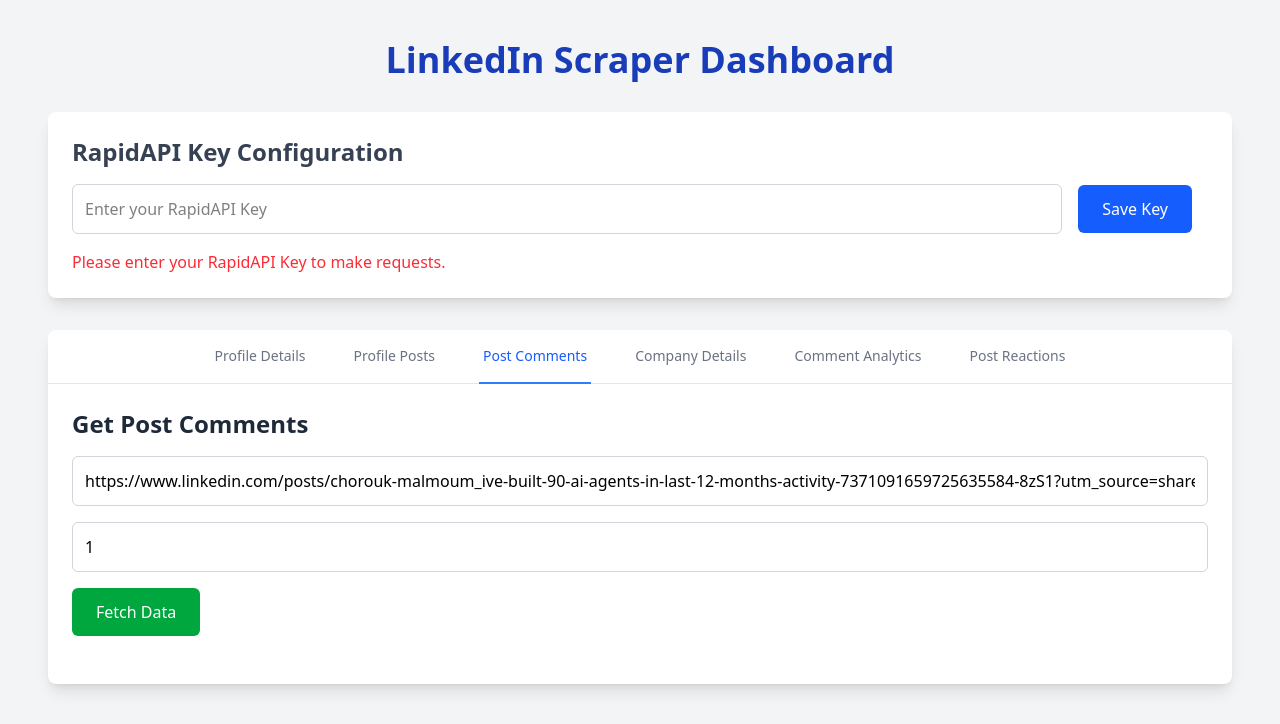
Repository: vigneshcj001/LinkedIn-Scraper-Dashboard
Page: /, after clicking the first element matching `nav.-mb-px > :nth-child(3)`
An editor plug-in stored every save of this project. The page is shown before and after the next save, followed by the edit.
The browser window is 1280 px wide. The pictures show the whole page.
The project was rebuilt for these pictures with package versions that can differ from the ones it lists, and the page was loaded fresh each time. Also part of the build but not shown: vite.config.js, src/components/DataTable.jsx, src/components/tabs/PostsTab.jsx, src/components/tabs/CompanyTab.jsx, src/components/tabs/AnalyticsTab.jsx, src/components/tabs/ReactionsTab.jsx.

Above is the page before, as saved 2025-11-04 18:59:14.

### index.html
<!doctype html>
<html lang="en">
  <head>
    <meta charset="UTF-8" />
    <link rel="icon" type="image/svg+xml" href="/vite.svg" />
    <meta name="viewport" content="width=device-width, initial-scale=1.0" />
     <link href="/src/index.css" rel="stylesheet">
    <title>linkedin_frontend</title>
  </head>
  <body>
    <div id="root"></div>
    <script type="module" src="/src/main.jsx"></script>
  </body>
</html>

### src/index.css
@import "tailwindcss";
html, body, #root {
  margin: 0;
  padding: 0;
  width: 100%;
  height: 100%;
  background-color: #f9fafb; /* Tailwind's bg-gray-50 */
}
body {
  @apply text-black bg-gray-100;
}

### src/App.jsx
import React, { useState, useEffect } from "react";
import toast, { Toaster } from "react-hot-toast";

import ProfileTab from "./components/tabs/ProfileTab";
import PostsTab from "./components/tabs/PostsTab";
import CommentsTab from "./components/tabs/CommentsTab";
import CompanyTab from "./components/tabs/CompanyTab";
import AnalyticsTab from "./components/tabs/AnalyticsTab";
import ReactionsTab from "./components/tabs/ReactionsTab";

const API_BASE_URL =
  "https://linkedin-scraper-dashboard-backend.onrender.com/api";

function App() {
  const [rapidApiKey, setRapidApiKey] = useState("");
  const [activeTab, setActiveTab] = useState("profile");
  const [response, setResponse] = useState(null);
  const [loading, setLoading] = useState(false);
  const [error, setError] = useState(null);

  // Load API key from localStorage
  useEffect(() => {
    const storedKey = localStorage.getItem("rapidApiKey");
    if (storedKey) setRapidApiKey(storedKey);
  }, []);

  // Save API key to localStorage
  useEffect(() => {
    if (rapidApiKey) localStorage.setItem("rapidApiKey", rapidApiKey);
    else localStorage.removeItem("rapidApiKey");
  }, [rapidApiKey]);

  // ==========================================================
  // FETCH WRAPPER — with retry, backoff & 429 handling
  // ==========================================================
  const fetchData = async (endpoint, params = {}, method = "GET", body = null) => {
    setLoading(true);
    setResponse(null);
    setError(null);

    if (!rapidApiKey) {
      setError("Please enter your RapidAPI Key.");
      setLoading(false);
      return;
    }

    try {
      const query = new URLSearchParams(params).toString();
      const url = `${API_BASE_URL}/${endpoint}${query ? `?${query}` : ""}`;

      const options = {
        method,
        headers: {
          "Content-Type": "application/json",
          "x-rapidapi-key": rapidApiKey,
        },
      };
      if (body) options.body = JSON.stringify(body);

      let attempt = 0;
      let success = false;
      let data;

      while (attempt < 3 && !success) {
        if (attempt > 0) {
          const backoff = 1000 * Math.pow(2, attempt - 1);
          toast(`Retrying... attempt ${attempt + 1}`, { icon: "⏳" });
          await new Promise((r) => setTimeout(r, backoff));
        }

        await new Promise((r) => setTimeout(r, 700)); // small rate-limit delay

        const res = await fetch(url, options);

        if (res.status === 429) {
          attempt++;
          if (attempt === 3) throw new Error("RapidAPI rate limit reached. Try again later.");
          continue;
        }

        if (!res.ok) {
          const errData = await res.json().catch(() => ({}));
          throw new Error(errData.detail || `HTTP error ${res.status}`);
        }

        data = await res.json();
        success = true;
      }

      setResponse(data);
      toast.success("✅ Data fetched successfully!");
    } catch (err) {
      console.error("Fetch Error:", err);
      toast.error(err.message || "An unexpected error occurred.");
      setError(err.message);
    } finally {
      setLoading(false);
    }
  };

  // ==========================================================
  // TAB HANDLER
  // ==========================================================
  const renderContent = () => {
    const sharedProps = { fetchData, loading, error, response };

    switch (activeTab) {
      case "profile":
        return <ProfileTab {...sharedProps} />;
      case "posts":
        return <PostsTab {...sharedProps} />;
      case "comments":
        return <CommentsTab {...sharedProps} />;
      case "company":
        return <CompanyTab {...sharedProps} />;
      case "analytics":
        return <AnalyticsTab {...sharedProps} />;
      case "reactions":
        return <ReactionsTab {...sharedProps} />;
      default:
        return null;
    }
  };

  // ==========================================================
  // UI
  // ==========================================================
  return (
    <div className="min-h-screen bg-gray-100 px-12 py-10">
      <h1 className="text-4xl font-bold text-center text-blue-800 mb-8">
        LinkedIn Scraper Dashboard
      </h1>

      {/* API Key Section */}
      <div className="max-w-10xl mx-auto bg-white shadow-lg rounded-lg p-6 mb-8">
        <h2 className="text-2xl font-semibold mb-4 text-gray-700">
          RapidAPI Key Configuration
        </h2>

        <div className="flex items-center space-x-4">
          <input
            type="password"
            className="flex-1 p-3 border border-gray-300 rounded-md focus:ring-blue-500 focus:border-blue-500"
            placeholder="Enter your RapidAPI Key"
            value={rapidApiKey}
            onChange={(e) => setRapidApiKey(e.target.value)}
          />
          <button
            onClick={() => toast.success("🔐 Key saved to local storage!")}
            className="px-6 py-3 bg-blue-600 text-white rounded-md hover:bg-blue-700 transition duration-200"
          >
            Save Key
          </button>
          <Toaster position="bottom-right" />
        </div>

        {!rapidApiKey && (
          <p className="mt-4 text-red-500">
            Please enter your RapidAPI Key to make requests.
          </p>
        )}
      </div>

      {/* Tabs */}
      <div className="max-w-10xl mx-auto bg-white shadow-lg rounded-lg">
        <div className="border-b border-gray-200">
          <nav
            className="-mb-px flex space-x-10 px-10 min-w-max sm:justify-center"
            aria-label="Tabs"
          >
            {[
              { name: "Profile Details", id: "profile" },
              { name: "Profile Posts", id: "posts" },
              { name: "Post Comments", id: "comments" },
              { name: "Company Details", id: "company" },
              { name: "Comment Analytics", id: "analytics" },
              { name: "Post Reactions", id: "reactions" },
            ].map((tab) => (
              <button
                key={tab.id}
                onClick={() => setActiveTab(tab.id)}
                className={`${
                  tab.id === activeTab
                    ? "border-blue-500 text-blue-600"
                    : "border-transparent text-gray-500 hover:text-gray-700 hover:border-gray-300"
                } whitespace-nowrap py-4 px-1 border-b-2 font-medium text-sm`}
              >
                {tab.name}
              </button>
            ))}
          </nav>
        </div>

        <div className="p-6">{renderContent()}</div>
      </div>
    </div>
  );
}

export default App;

### src/components/tabs/ProfileTab.jsx
import React, { useState } from "react";
import DataTable from "../DataTable";
import TabContainer from "../TabContainer";

const ProfileTab = ({ fetchData, ...props }) => {
  const [username, setUsername] = useState("ganapathy-subburathinam");

  const handleSubmit = (e) => {
    e.preventDefault();
    fetchData("profile", { username });
  };

  const ProfileDetailsTable = ({ data }) => {
    if (!data?.data?.basic_info) return null;
    const profile = data.data.basic_info;
    const experience = data.data.experience || [];
    const education = data.data.education || [];

    const profileData = [
      { key: "Full Name", value: profile.fullname },
      { key: "Headline", value: profile.headline },
      {
        key: "Profile URL",
        value: (
          <a
            href={profile.profile_url}
            target="_blank"
            rel="noopener noreferrer"
            className="text-blue-600 hover:underline"
          >
            View Profile
          </a>
        ),
      },
      { key: "Location", value: profile.location?.full },
      { key: "Followers", value: profile.follower_count },
      { key: "Connections", value: profile.connection_count },
      { key: "Current Company", value: profile.current_company },
    ];

    return (
      <>
        {/* Header Card */}
        <div className="bg-white rounded-lg shadow-lg overflow-hidden mb-8">
          {profile.background_picture_url && (
            <div
              className="h-40 bg-cover bg-center"
              style={{
                backgroundImage: `url(${profile.background_picture_url})`,
              }}
            />
          )}

          <div className="p-6 flex items-center space-x-6">
            {profile.profile_picture_url && (
              <img
                src={profile.profile_picture_url}
                alt={profile.fullname}
                className="w-28 h-28 rounded-full border-4 border-white shadow-md object-cover"
              />
            )}
            <div>
              <h2 className="text-2xl font-bold text-gray-800">
                {profile.fullname}
              </h2>
              <p className="text-gray-600">{profile.headline}</p>
              {profile.location?.full && (
                <p className="text-gray-500 mt-1">{profile.location.full}</p>
              )}
              <a
                href={profile.profile_url}
                target="_blank"
                rel="noopener noreferrer"
                className="inline-block mt-3 px-4 py-2 bg-blue-600 text-white rounded-md hover:bg-blue-700 transition"
              >
                Visit LinkedIn Profile
              </a>
            </div>
          </div>
        </div>

        <DataTable
          title="Basic Profile Information"
          data={profileData.map((item) => ({
            Key: item.key,
            Value: item.value,
          }))}
          columns={["Key", "Value"]}
        />

        {experience.length > 0 && (
          <DataTable
            title="Experience"
            data={experience.map((exp) => ({
              Title: exp.title,
              Company: exp.company,
              Duration: exp.duration,
              Link: exp.company_linkedin_url ? (
                <a
                  href={exp.company_linkedin_url}
                  target="_blank"
                  rel="noopener noreferrer"
                  className="text-blue-600 hover:underline"
                >
                  View Company
                </a>
              ) : (
                "-"
              ),
            }))}
            columns={["Title", "Company", "Duration", "Link"]}
          />
        )}

        {education.length > 0 && (
          <DataTable
            title="Education"
            data={education.map((edu) => ({
              School: edu.school,
              Degree: edu.degree_name,
              Field: edu.field_of_study,
              Duration: edu.duration,
              Link: edu.school_linkedin_url ? (
                <a
                  href={edu.school_linkedin_url}
                  target="_blank"
                  rel="noopener noreferrer"
                  className="text-blue-600 hover:underline"
                >
                  View School
                </a>
              ) : (
                "-"
              ),
            }))}
            columns={["School", "Degree", "Field", "Duration", "Link"]}
          />
        )}
      </>
    );
  };

  return (
    <TabContainer
      title="Get Profile Details"
      onSubmit={handleSubmit}
      TableComponent={ProfileDetailsTable}
      {...props}
    >
      <input
        type="text"
        className="block w-full p-3 border border-gray-300 rounded-md focus:ring-blue-500 focus:border-blue-500"
        placeholder="Enter LinkedIn username (e.g., ganapathy-subburathinam)"
        value={username}
        onChange={(e) => setUsername(e.target.value)}
        required
      />
    </TabContainer>
  );
};

export default ProfileTab;

### src/components/tabs/CommentsTab.jsx
import React, { useState } from "react";
import DataTable from "../DataTable";
import TabContainer from "../TabContainer";

const CommentsTab = ({ fetchData, ...props }) => {
  const [postUrl, setPostUrl] = useState(
    "https://www.linkedin.com/posts/chorouk-malmoum_ive-built-90-ai-agents-in-last-12-months-activity-7371091659725635584-8zS1?utm_source=share&utm_medium=member_desktop&rcm=ACoAAC0AjAEB13qzcyb0uxtDOeMXhJ9kXGeFc6A"
  );
  const [pageNumber, setPageNumber] = useState(1);

  const handleSubmit = (e) => {
    e.preventDefault();
    fetchData("comments", { post_url: postUrl, page_number: pageNumber });
  };

  const CommentsDataTable = ({ data }) => {
    const comments = data?.data?.comments || data?.comments || [];
    if (!comments.length) return <p>No comments found.</p>;

    return (
      <DataTable
        title="Post Comments"
        data={comments.map((c) => ({
          Commenter: c.author?.name || "-",
          Headline: c.author?.headline || "-",
          Text: c.text ? `${c.text.slice(0, 80)}...` : "-",
          Reactions: c.stats?.total_reactions || 0,
          Posted: c.posted_at?.relative || "-",
          Link: c.comment_url ? (
            <a
              href={c.comment_url}
              target="_blank"
              rel="noreferrer"
              className="text-blue-600 hover:underline"
            >
              View Comment
            </a>
          ) : (
            "-"
          ),
        }))}
        columns={[
          "Commenter",
          "Headline",
          "Text",
          "Reactions",
          "Posted",
          "Link",
        ]}
      />
    );
  };

  return (
    <TabContainer
      title="Get Post Comments"
      onSubmit={handleSubmit}
      TableComponent={CommentsDataTable}
      {...props}
    >
      <input
        type="url"
        className="block w-full p-3 border border-gray-300 rounded-md focus:ring-blue-500 focus:border-blue-500"
        placeholder="Enter LinkedIn Post URL"
        value={postUrl}
        onChange={(e) => setPostUrl(e.target.value)}
        required
      />
      <input
        type="number"
        className="block w-full p-3 border border-gray-300 rounded-md focus:ring-blue-500 focus:border-blue-500"
        placeholder="Page Number"
        value={pageNumber}
        onChange={(e) => setPageNumber(e.target.value)}
        min="1"
      />
    </TabContainer>
  );
};

export default CommentsTab;

### src/components/TabContainer.jsx
import React from "react";

const TabContainer = ({
  title,
  children,
  onSubmit,
  loading,
  error,
  response,
  TableComponent,
}) => (
  <div>
    <h2 className="text-2xl font-semibold text-gray-800 mb-4">{title}</h2>

    <form onSubmit={onSubmit} className="space-y-4 mb-6">
      {children}
      <button
        type="submit"
        className="px-6 py-3 bg-green-600 text-white rounded-md hover:bg-green-700 transition duration-200 disabled:opacity-50"
        disabled={loading}
      >
        {loading ? "Loading..." : "Fetch Data"}
      </button>
    </form>

    {error && (
      <div
        className="bg-red-100 border border-red-400 text-red-700 px-4 py-3 rounded mb-4"
        role="alert"
      >
        <strong className="font-bold">Error! </strong>
        <span className="block sm:inline">{error}</span>
      </div>
    )}

    {response && (
      <>
        {TableComponent && <TableComponent data={response} />}
        <div className="bg-gray-50 p-4 rounded-md shadow-inner mt-6">
          <h3 className="text-xl font-medium text-gray-700 mb-2">
            Raw JSON Response:
          </h3>
          <pre className="whitespace-pre-wrap break-all text-xs bg-gray-800 text-white p-4 rounded-md overflow-x-auto">
            {JSON.stringify(response, null, 2)}
          </pre>
        </div>
      </>
    )}
  </div>
);

export default TabContainer;

Loaded but not shown: src/main.jsx (common file)

After the next save:
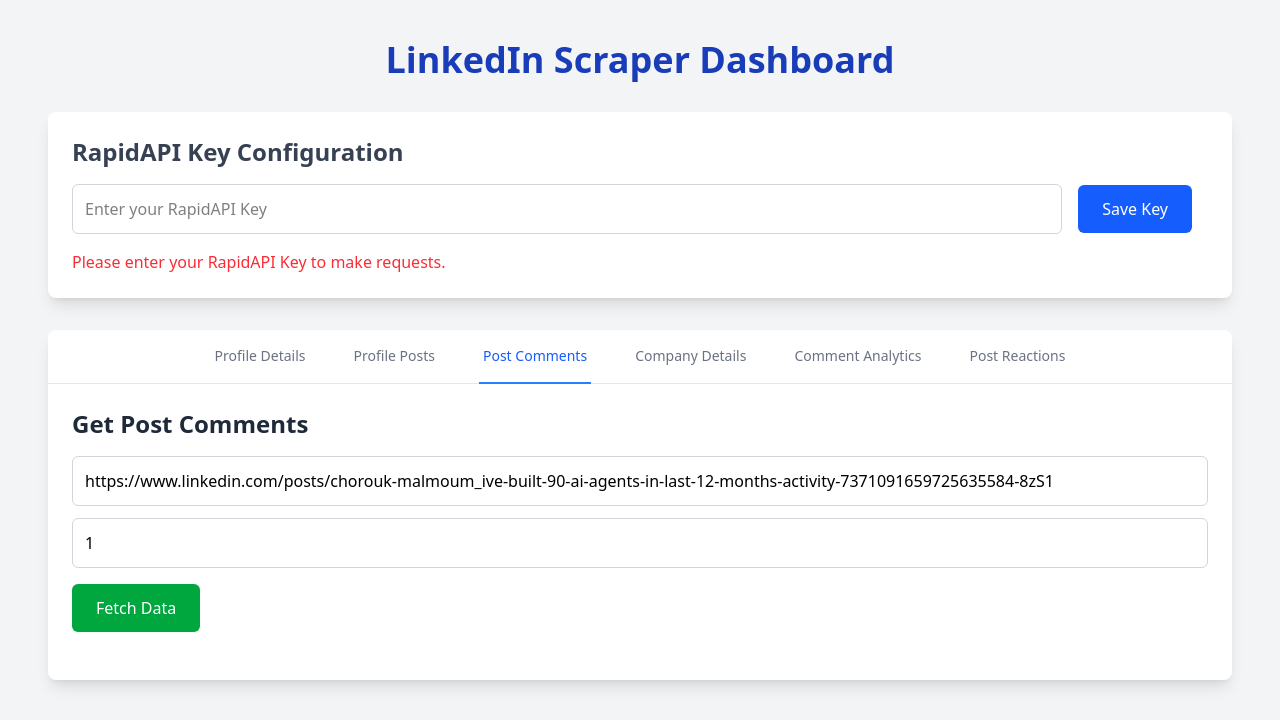
Saved 108 s later.
--- a/src/components/tabs/CommentsTab.jsx
+++ b/src/components/tabs/CommentsTab.jsx
@@ -4,7 +4,7 @@
 
 const CommentsTab = ({ fetchData, ...props }) => {
   const [postUrl, setPostUrl] = useState(
-    "https://www.linkedin.com/posts/chorouk-malmoum_ive-built-90-ai-agents-in-last-12-months-activity-7371091659725635584-8zS1?utm_source=share&utm_medium=member_desktop&rcm=ACoAAC0AjAEB13qzcyb0uxtDOeMXhJ9kXGeFc6A"
+    "https://www.linkedin.com/posts/chorouk-malmoum_ive-built-90-ai-agents-in-last-12-months-activity-7371091659725635584-8zS1"
   );
   const [pageNumber, setPageNumber] = useState(1);
 
@@ -13,41 +13,108 @@
     fetchData("comments", { post_url: postUrl, page_number: pageNumber });
   };
 
+  // ---------- Export JSON ----------
+  const exportJSON = (data, filename = "comments_data.json") => {
+    if (!data) return;
+    const blob = new Blob([JSON.stringify(data, null, 2)], {
+      type: "application/json",
+    });
+    const url = URL.createObjectURL(blob);
+    const a = document.createElement("a");
+    a.href = url;
+    a.download = filename;
+    a.click();
+    URL.revokeObjectURL(url);
+  };
+
+  // ---------- Export CSV ----------
+  const exportCSV = (data, filename = "comments_data.csv") => {
+    if (!data || !data.length) return;
+    const headers = Object.keys(data[0]);
+    const csvRows = [
+      headers.join(","),
+      ...data.map((row) =>
+        headers.map((h) => JSON.stringify(row[h] ?? "")).join(",")
+      ),
+    ];
+    const blob = new Blob([csvRows.join("\n")], { type: "text/csv" });
+    const url = URL.createObjectURL(blob);
+    const a = document.createElement("a");
+    a.href = url;
+    a.download = filename;
+    a.click();
+    URL.revokeObjectURL(url);
+  };
+
+  // ---------- Table ----------
   const CommentsDataTable = ({ data }) => {
     const comments = data?.data?.comments || data?.comments || [];
     if (!comments.length) return <p>No comments found.</p>;
 
+    // Prepare simplified data for DataTable
+    const tableData = comments.map((c) => ({
+      Commenter: c.author?.name || "-",
+      Headline: c.author?.headline || "-",
+      Text: c.text ? `${c.text.slice(0, 80)}...` : "-",
+      Reactions: c.stats?.total_reactions || 0,
+      Posted: c.posted_at?.relative || "-",
+      Link: c.comment_url ? (
+        <a
+          href={c.comment_url}
+          target="_blank"
+          rel="noreferrer"
+          className="text-blue-600 hover:underline"
+        >
+          View Comment
+        </a>
+      ) : (
+        "-"
+      ),
+    }));
+
     return (
-      <DataTable
-        title="Post Comments"
-        data={comments.map((c) => ({
-          Commenter: c.author?.name || "-",
-          Headline: c.author?.headline || "-",
-          Text: c.text ? `${c.text.slice(0, 80)}...` : "-",
-          Reactions: c.stats?.total_reactions || 0,
-          Posted: c.posted_at?.relative || "-",
-          Link: c.comment_url ? (
-            <a
-              href={c.comment_url}
-              target="_blank"
-              rel="noreferrer"
-              className="text-blue-600 hover:underline"
-            >
-              View Comment
-            </a>
-          ) : (
-            "-"
-          ),
-        }))}
-        columns={[
-          "Commenter",
-          "Headline",
-          "Text",
-          "Reactions",
-          "Posted",
-          "Link",
-        ]}
-      />
+      <div className="space-y-6">
+        {/* ✅ Table */}
+        <DataTable
+          title="Post Comments"
+          data={tableData}
+          columns={[
+            "Commenter",
+            "Headline",
+            "Text",
+            "Reactions",
+            "Posted",
+            "Link",
+          ]}
+        />
+
+        {/* ✅ Export Buttons */}
+        <div className="flex justify-end gap-3 mt-4">
+          <button
+            onClick={() => exportJSON(comments)}
+            className="px-4 py-2 bg-gray-200 hover:bg-gray-300 text-gray-800 rounded-md text-sm font-medium shadow-sm transition"
+          >
+            Export JSON
+          </button>
+          <button
+            onClick={() =>
+              exportCSV(
+                comments.map((c) => ({
+                  Commenter: c.author?.name || "-",
+                  Headline: c.author?.headline || "-",
+                  Text: c.text || "-",
+                  Reactions: c.stats?.total_reactions || 0,
+                  Posted: c.posted_at?.relative || "-",
+                  CommentURL: c.comment_url || "-",
+                }))
+              )
+            }
+            className="px-4 py-2 bg-blue-600 hover:bg-blue-700 text-white rounded-md text-sm font-medium shadow-sm transition"
+          >
+            Export CSV
+          </button>
+        </div>
+      </div>
     );
   };
 
@@ -60,7 +127,7 @@
     >
       <input
         type="url"
-        className="block w-full p-3 border border-gray-300 rounded-md focus:ring-blue-500 focus:border-blue-500"
+        className="block w-full p-3 mb-3 border border-gray-300 rounded-md focus:ring-blue-500 focus:border-blue-500"
         placeholder="Enter LinkedIn Post URL"
         value={postUrl}
         onChange={(e) => setPostUrl(e.target.value)}
